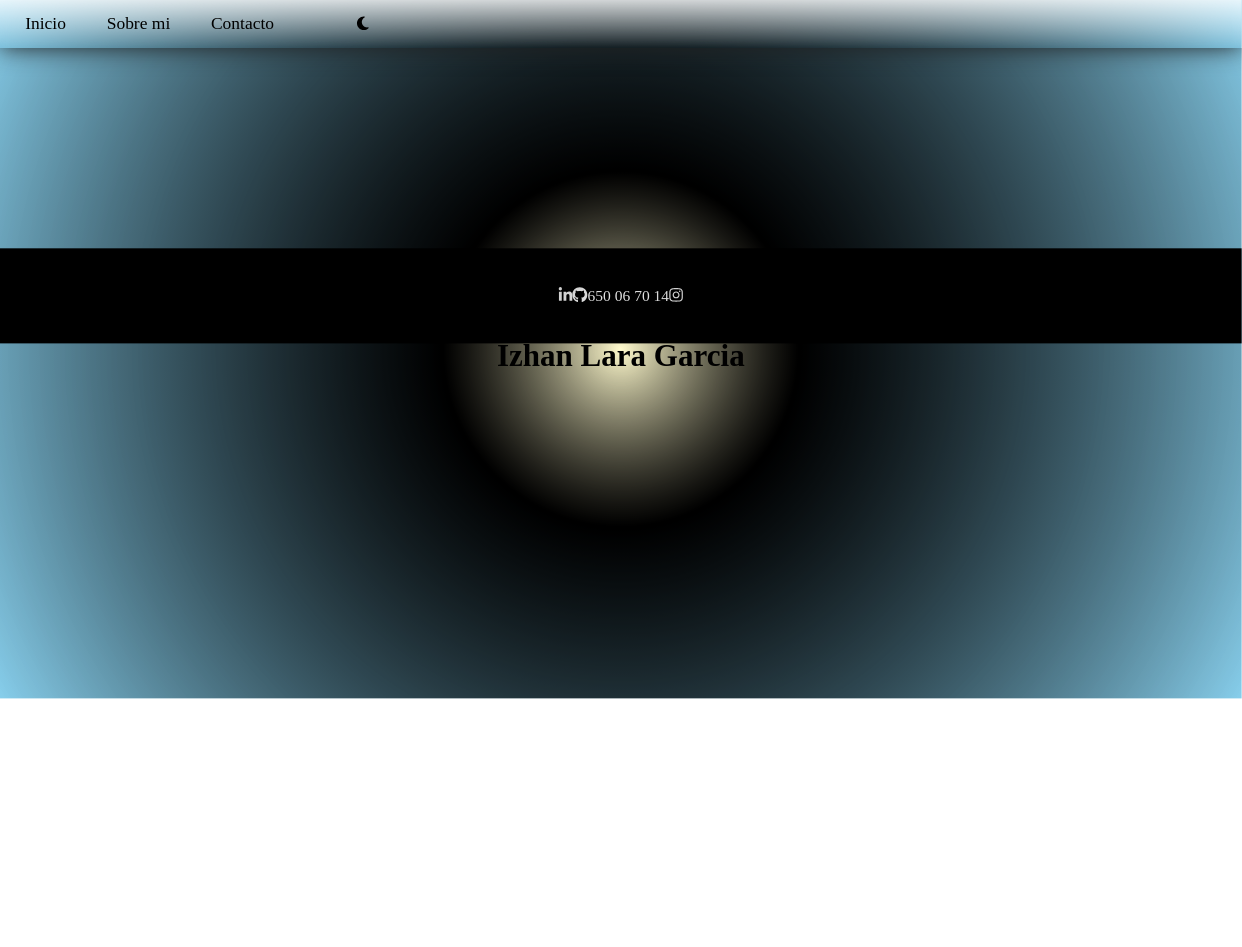
Repository: izhanlaraagarcia/izhanlaraagarcia.github.io
Page: / (app in vite-project/)
An editor plug-in stored every save of this project. The page is shown before and after the next save, followed by the edit.
The browser window is 1280 px wide. The pictures show the whole page, at 97% of full size.
The project was rebuilt for these pictures with package versions that can differ from the ones it lists, and the page was loaded fresh each time. Also part of the build but not shown: vite-project/vite.config.js, vite-project/src/pages/About/styles/about.scss, vite-project/src/pages/About/about.jsx, vite-project/src/pages/Contact/contact.jsx.

Above is the page before, as saved 2024-08-19 13:20:43.

### vite-project/index.html
<!doctype html>
<html lang="en">
  <head>
    <meta charset="UTF-8" />
    <meta name="viewport" content="width=device-width, initial-scale=1.0" />
    <title>Izhan Lara Garcia</title>
  </head>
  <body>
    <div id="root"></div>
    <script type="module" src="/src/main.jsx"></script>
  </body>
</html>

### vite-project/src/App.jsx
import React from "react";
import { BrowserRouter as Router, Route, Routes } from "react-router-dom";
import Menu from "./Componentes-Generales/menu.jsx";
import Inicio from "./Home/Inicio.jsx";
import About from "./pages/About/about.jsx";
import Contact from "./pages/Contact/contact.jsx";
import { ThemeProvider } from "./Constants/themaContext.jsx";

import { library } from "@fortawesome/fontawesome-svg-core";
import { fas } from "@fortawesome/free-solid-svg-icons";

library.add(fas);

class App extends React.Component {
  render() {
    return (
      <ThemeProvider>
        <Router>
          <Menu />
          <Routes>
            <Route path="/" element={<Inicio />} />
            <Route path="/sobre-mi" element={<About />} />
            <Route path="/contacto" element={<Contact />} />
          </Routes>
        </Router>
      </ThemeProvider>
    );
  }
}

export default App;

### vite-project/src/index.css
/* :root {
  font-family: Inter, system-ui, Avenir, Helvetica, Arial, sans-serif;
  line-height: 1.5;
  font-weight: 400;

  color-scheme: light dark;
  color: rgba(255, 255, 255, 0.87);
  background-color: #242424;

  font-synthesis: none;
  text-rendering: optimizeLegibility;
  -webkit-font-smoothing: antialiased;
  -moz-osx-font-smoothing: grayscale;
}

a {
  font-weight: 500;
  color: #646cff;
  text-decoration: inherit;
}

a:hover {
  color: #535bf2;
}



h1 {
  font-size: 3.2em;
  line-height: 1.1;
}

button {
  border-radius: 8px;
  border: 1px solid transparent;
  padding: 0.6em 1.2em;
  font-size: 1em;
  font-weight: 500;
  font-family: inherit;
  background-color: #1a1a1a;
  cursor: pointer;
  transition: border-color 0.25s;
}

button:hover {
  border-color: #646cff;
}

button:focus,
button:focus-visible {
  outline: 4px auto -webkit-focus-ring-color;
}

@media (prefers-color-scheme: light) {
  :root {
    color: #213547;
    background-color: #ffffff;
  }

  a:hover {
    color: #747bff;
  }

  button {
    background-color: #f9f9f9;
  }
} */

body {
  right: 0;
  margin: 0%;
  width: 100%;
  margin-top: 20%;
  text-align: center;
  min-width: 320px;
  min-height: 100vh;

}

button {
  border-radius: 8px;
  border: 1px solid transparent;
  padding: 0.6em 1.2em;
  font-size: 1em;
  font-weight: 500;
  font-family: inherit;
  background-color: #1a1a1a;
  cursor: pointer;
  transition: border-color 0.25s;
}

### vite-project/src/Componentes-Generales/menu.jsx
import React from "react";
import { Link } from "react-router-dom";
import "./styles/menu.scss";
import TemaComponent from "./thema";
import { useTheme } from "../Constants/themaContext";

// import { LANGUAGES } from "../Constants/lenguaje";

const Menu = () => {
  const { dark } = useTheme();
  return (
    <header>
      <nav className={`menu ${dark ? 'dark-mode' : 'light-mode'}`}>
        <ul>
          <li>
            <Link to="/">Inicio</Link>
            <i className="fas fa-address-card" aria-hidden="true"></i>
          </li>
          <li>
            <Link to="/sobre-mi">Sobre mi</Link>
          </li>
          <li>
            <Link to="/contacto">Contacto</Link>
          </li>
          <li>
            <TemaComponent />
          </li>
        </ul>
      </nav>
    </header>
  );
};

export default Menu;

### vite-project/src/Home/Inicio.jsx
import React from "react";
import "./Styles/estilos.scss";
import Background from "../Componentes-Generales/background";

import SocialMedia from '../Componentes-Generales/social';


const Inicio = () => {
  return (
    <div className="portfolio">
      <header>
        <h1>Izhan Lara Garcia</h1>
      </header>
      <div className="social-media-container">
        <SocialMedia/>
      </div>
      <Background/>
    </div>
  );
};

export default Inicio;

### vite-project/src/Constants/themaContext.jsx
import React, { createContext, useState, useContext } from "react";

const ThemeContext = createContext();

export const useTheme = () => useContext(ThemeContext);

export const ThemeProvider = ({ children }) => {
  const [dark, setDark] = useState(false);

  const toggleTheme = () => {
    setDark((prevDark) => !prevDark);
  };

  return (
    <ThemeContext.Provider value={{ dark, toggleTheme }}>
      {children}
    </ThemeContext.Provider>
  );
};

### vite-project/src/Componentes-Generales/styles/menu.scss
/* src/Componentes-Generales/styles/menu.css */

nav {
  top: 0;
  right: 0;
  margin: 0;
  padding: 0;
  position: fixed;
  width: 100%;
  background: linear-gradient(to bottom, rgba(255, 255, 255, 0.8), rgba(255, 255, 255, 0)) no-repeat;
  backdrop-filter: blur(5px);
  box-shadow: 0px 0px 25px #222;
  z-index: 10;

}

nav ul {
  list-style-type: none;
  padding: 0;
  margin: 0;
  display: flex;
  align-items: center;
}

nav li {
  margin-left: 10px;
}

nav a {
  display: flex;
  align-items: center;
  text-align: center;
  padding: 14px 16px;
  text-decoration: none;
  font-size: 18px;
  color: inherit;
  position: relative;
  overflow: hidden;
  transition: color 0.3s;
}

nav a:hover {
  color: #00aaff;
}

.fa-icon {
  margin-left: 8px;
}

.light-mode {
  color: black;
}

.dark-mode {
  color: white;
}

body {
  transition: background-color 0.5s, color 0.5s;
}

#tema {
  margin-left: 10px;
}

### vite-project/src/Componentes-Generales/thema.jsx
// TemaComponent.jsx
import React from "react";
import { FontAwesomeIcon } from "@fortawesome/react-fontawesome";
import { faSun, faMoon } from "@fortawesome/free-solid-svg-icons";
import { useTheme } from "../Constants/themaContext"; // Asegúrate de importar correctamente

const TemaComponent = () => {
  const { dark, toggleTheme } = useTheme();

  const handleClick = () => {
    toggleTheme();
    if (dark) {
      document.body.style.backgroundColor = "white";
      document.body.classList.remove("dark-mode");
      document.body.classList.add("light-mode");
    } else {
      document.body.style.backgroundColor = "black";
      document.body.classList.remove("light-mode");
      document.body.classList.add("dark-mode");
    }
  };

  return (
    <button
      id="tema"
      style={{
        cursor: "pointer",
        background: "none",
        border: "none",
        outline: "none",
        marginLeft: "80%",
      }}
      onClick={handleClick}
      aria-label={dark ? "Cambiar al modo claro" : "Cambiar al modo oscuro"}
    >
      <FontAwesomeIcon
        icon={dark ? faSun : faMoon}
        style={{ color: dark ? "white" : "inherit" }}
      />
    </button>
  );
};

export default TemaComponent;

### vite-project/src/Home/Styles/estilos.scss
h1 {
  text-align: center;
}

h1 {
  position: absolute;
  top: 48%;
  left: 50%;
  transform: translate(-50%, -50%);
  text-align: center;
}

### vite-project/src/Componentes-Generales/background.jsx
import React from "react";
import "./styles/background.scss";

class Background extends React.Component {
  render() {
    return (
      <div></div>
    );
  }
}

export default Background;

### vite-project/src/Componentes-Generales/social.jsx
import React from 'react';
import "./styles/social.scss"
import { FontAwesomeIcon } from '@fortawesome/react-fontawesome';
import { fab } from '@fortawesome/free-brands-svg-icons';

const SocialMedia = () => {
  return (
    <div className="social-media-container">
      <ul>
          <a href="mailto:izhanlaragarcia@gmail.com" target="_blank" rel="noopener noreferrer">
            <FontAwesomeIcon icon={fab.faEnvelope} />
          </a>
          <a href="https://www.linkedin.com/in/izhan-lara-garcia/" target="_blank" rel="noopener noreferrer">
            <FontAwesomeIcon icon={fab.faLinkedinIn} />
          </a>
          <a href="https://github.com/izhanlg" target="_blank" rel="noopener noreferrer">
            <FontAwesomeIcon icon={fab.faGithub} />
          </a>
          <a href="tel:+34650067014">650 06 70 14</a>
          <a href="https://www.instagram.com/izhanlg/" target="_blank" rel="noopener noreferrer">
            <FontAwesomeIcon icon={fab.faInstagram} />
          </a>
      </ul>
    </div>
  );
};

export default SocialMedia;

### vite-project/src/Componentes-Generales/styles/background.scss
html, body { height: 100%; }

body {
    background: radial-gradient(circle, lemonchiffon, black 25%, skyblue);
    background-repeat: no-repeat;
    background-size: cover;
    height: 100vh;
    margin:  0;
}

body:after {
    content: '';
    position: absolute;
    top: 0; right: 0; left: 0; bottom: 0;
    background: radial-gradient(circle, transparent, black 25%, transparent);
    animation: color 1.5s infinite ease-out alternate;
    opacity: 0;
}

@keyframes color {
    0% {  background: radial-gradient(circle, transparent, black 25%, transparent); }
    100% { opacity: 1; }
}

### vite-project/src/Componentes-Generales/styles/social.scss
.social-media-container {
  background-color: #000; // Fondo negro
  padding: 20px; // Agrega un padding para que no se peguen a los bordes
  ul {
    list-style: none; // Elimina los puntos de la lista
    padding: 0; // Elimina el padding de la lista
    margin: 0; // Elimina el margen de la lista
  }
  li {
    display: block; // Cada item de la lista se mostrará en una línea nueva
    margin-bottom: 20px; // Agrega un margen inferior para separar los items
  }
  a {
    color: #fff; // Texto blanco
    text-decoration: none; // Elimina el subrayado de los enlaces
  }
  a:hover {
    color: #ccc; // Texto gris claro al pasar el mouse
  }
  .fa-icon {
    font-size: 24px; // Tamaño de los iconos
    margin-right: 10px; // Agrega un margen derecho para separar los iconos del texto
  }
}

Loaded but not shown: vite-project/src/main.jsx (common file)

After the next save:
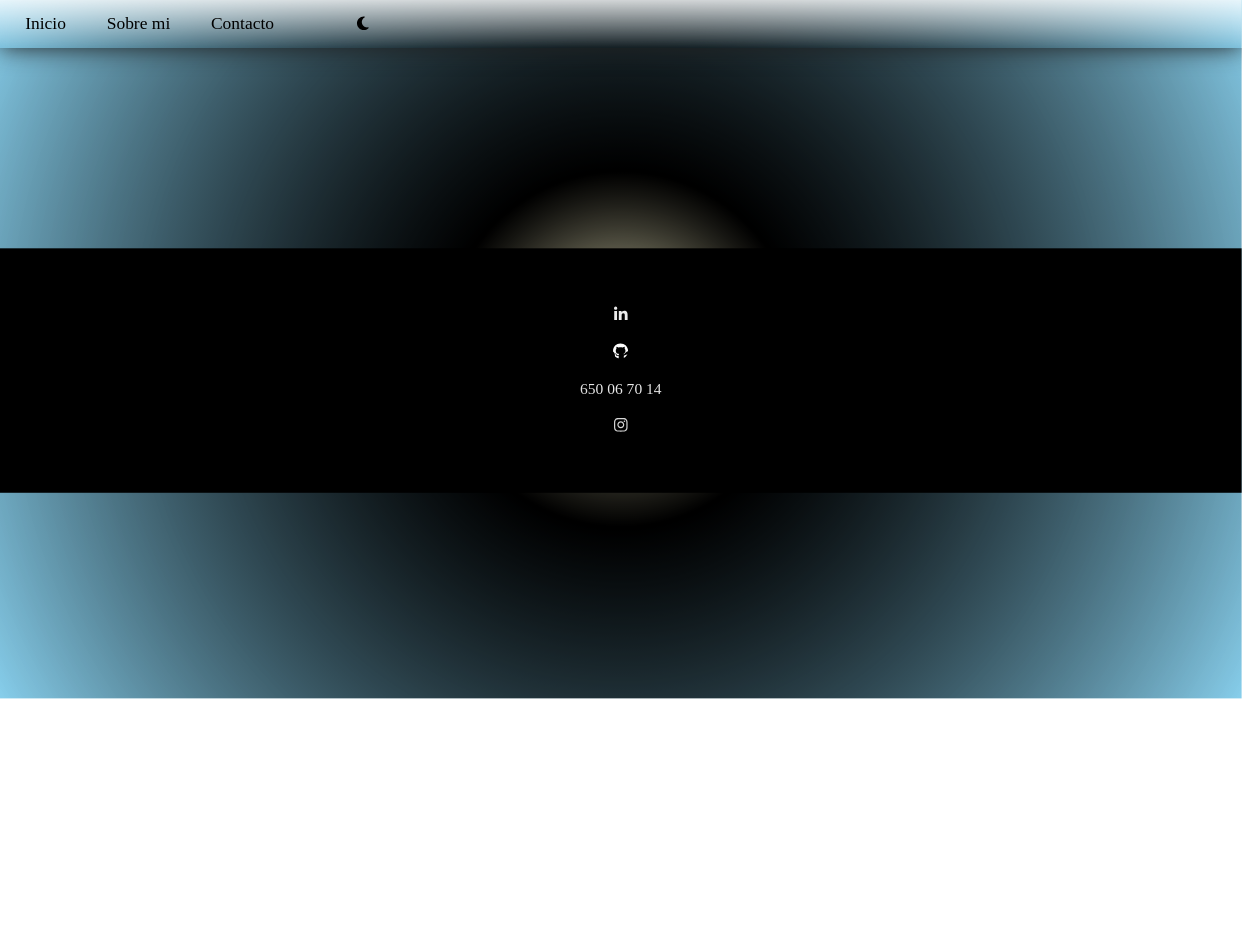
Saved 17 s later.
--- a/vite-project/src/Componentes-Generales/social.jsx
+++ b/vite-project/src/Componentes-Generales/social.jsx
@@ -7,19 +7,29 @@ const SocialMedia = () => {
   return (
     <div className="social-media-container">
       <ul>
+        <li>
           <a href="mailto:izhanlaragarcia@gmail.com" target="_blank" rel="noopener noreferrer">
             <FontAwesomeIcon icon={fab.faEnvelope} />
           </a>
+        </li>
+        <li>
           <a href="https://www.linkedin.com/in/izhan-lara-garcia/" target="_blank" rel="noopener noreferrer">
             <FontAwesomeIcon icon={fab.faLinkedinIn} />
           </a>
+        </li>
+        <li>
           <a href="https://github.com/izhanlg" target="_blank" rel="noopener noreferrer">
             <FontAwesomeIcon icon={fab.faGithub} />
           </a>
+        </li>
+        <li>
           <a href="tel:+34650067014">650 06 70 14</a>
+        </li>
+        <li>
           <a href="https://www.instagram.com/izhanlg/" target="_blank" rel="noopener noreferrer">
             <FontAwesomeIcon icon={fab.faInstagram} />
           </a>
+        </li>
       </ul>
     </div>
   );
